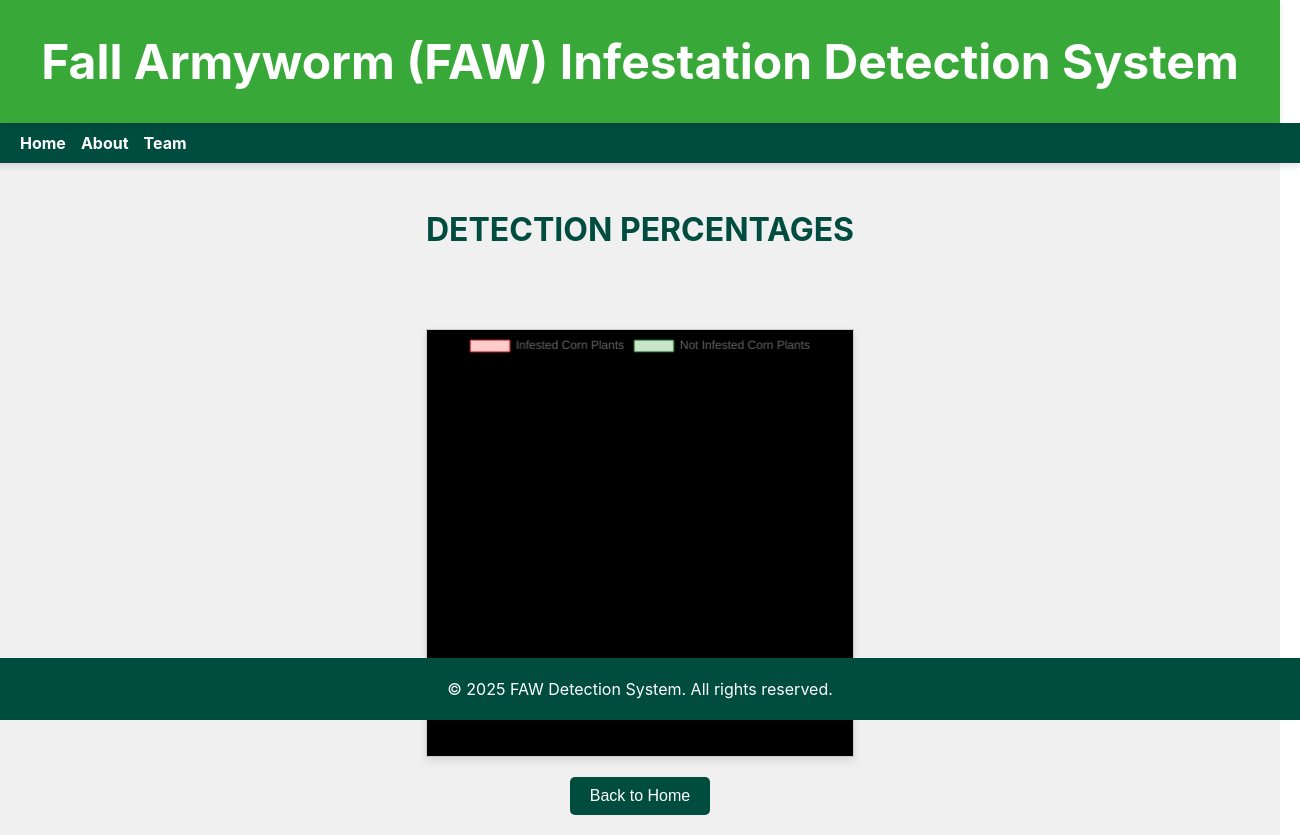
Repository: jansen223/faw-detection-main
Page: /percentages
These files come from the project's save history. The page is drawn as it stood at one moment and after the next save; the edit follows.
The browser window is 1280 px wide. The page is 1300 px wide, so the pictures cover 1300 px, including what lies to the right of the window. The pictures show the whole page.
The page's requests for data from a server got no answer. The project was rebuilt for these pictures with package versions that can differ from the ones it lists, and the page was loaded fresh each time. No one was signed in, and anything a server would have sent is missing. Also part of the build but not shown: src/pages/Home.js, src/pages/About.css, src/pages/About.js, src/pages/Team.css, src/pages/Team.js.

Above is the page before, as saved 2025-04-10 14:59:05.

### public/index.html
<!DOCTYPE html>
<html lang="en">
<head>
  <meta charset="utf-8" />
  <link rel="icon" href="%PUBLIC_URL%/maize_icon.jpg" />
  <meta name="viewport" content="width=device-width, initial-scale=1" />
  <meta name="theme-color" content="#000000" />
  <meta name="description" content="FAW Detection Web Interface" />
  <title>FAW Detection</title>
</head>
<body>
  <noscript>You need to enable JavaScript to run this app.</noscript>
  <div id="root"></div>
</body>
</html>

### src/App.js
import React, { useEffect, useRef } from 'react';
import { BrowserRouter as Router, Routes, Route, Link } from 'react-router-dom';
import { io } from 'socket.io-client';
import Home from './pages/Home';
import About from './pages/About';
import Team from './pages/Team';
import Percentages from './pages/Percentages';
import './App.css';

function App() {
  const canvasRef = useRef(null);
  const socketRef = useRef(null);
  const [counts, setCounts] = React.useState({ infested: 0, notInfested: 0 });

  useEffect(() => {
    socketRef.current = io('http://192.168.254.108:5000');

    let lastRenderTime = 0;
    socketRef.current.on('video_frame', (data) => {
      const now = Date.now();
      if (now - lastRenderTime < 100) return; // Skip frames if less than 100ms
      lastRenderTime = now;

      const img = new Image();
      img.src = `data:[embedded picture, 38 characters]

      img.onload = () => {
        const canvas = canvasRef.current;
        if (!canvas) return;
        const ctx = canvas.getContext('2d');
        canvas.width = img.width;
        canvas.height = img.height;
        ctx.drawImage(img, 0, 0);
      };
    });

    socketRef.current.on('detection_counts', (data) => {
      setCounts({
        infested: data.infested_count,
        notInfested: data.not_infested_count
      });
    });

    return () => {
      if (socketRef.current) socketRef.current.disconnect();
    };
  }, []);

  const resetCounts = async () => {
    try {
      const response = await fetch('http://192.168.254.108:5000/reset_counts', {
        method: 'POST',
      });
      const data = await response.json();
      if (data.message) {
        setCounts({ infested: 0, notInfested: 0 });
        alert(data.message);
      }
    } catch (error) {
      console.error('Error resetting counts:', error);
    }
  };

  return (
    <Router>
      <div className="App">
        <header className="App-header">
          <h1>Fall Armyworm (FAW) Infestation Detection System</h1>
        </header>
        <nav className="App-navbar">
          <ul>
            <li><Link to="/">Home</Link></li>
            <li><Link to="/about">About</Link></li>
            <li><Link to="/team">Team</Link></li>
          </ul>
        </nav>
        <Routes>
          <Route path="/" element={<Home canvasRef={canvasRef} counts={counts} resetCounts={resetCounts} />} />
          <Route path="/about" element={<About />} />
          <Route path="/team" element={<Team />} />
          <Route path="/percentages" element={<Percentages counts={counts} />} />
        </Routes>
        <footer className="App-footer">
          <p>&copy; 2025 FAW Detection System. All rights reserved.</p>
        </footer>
      </div>
    </Router>
  );
}

export default App;

### src/pages/Percentages.js
import React from 'react';
import { useNavigate } from 'react-router-dom';
import { Pie } from 'react-chartjs-2';
import { Chart as ChartJS, ArcElement, Tooltip, Legend } from 'chart.js';
import './Percentages.css';

// Register Chart.js components
ChartJS.register(ArcElement, Tooltip, Legend);

function Percentages({ counts }) {
  const navigate = useNavigate();

  const total = counts.infested + counts.notInfested;
  const infestedPercentage = total > 0 ? ((counts.infested / total) * 100).toFixed(2) : 0;
  const notInfestedPercentage = total > 0 ? ((counts.notInfested / total) * 100).toFixed(2) : 0;

  const handleBack = () => {
    navigate('/');
  };

  // Data for the pie chart
  const data = {
    labels: ['Infested Corn Plants', 'Not Infested Corn Plants'],
    datasets: [
      {
        data: [infestedPercentage, notInfestedPercentage],
        backgroundColor: ['#ffcccb', '#c8e6c9'], // Colors for the chart
        borderColor: ['#b71c1c', '#1b5e20'], // Border colors
        borderWidth: 1,
      },
    ],
  };

  return (
    <div className="percentages-container">
      <h2>DETECTION PERCENTAGES</h2>
      <div className="chart-container">
        <Pie data={data} />
      </div>
      <button onClick={handleBack} className="back-button">
        Back to Home
      </button>
    </div>
  );
}

export default Percentages;

### src/App.css
body {
  margin: 0;
  padding: 0;
}

.App {
  text-align: center;
  background-color: #f0f0f0;
  min-height: 100vh;
  display: flex;
  flex-direction: column;
  align-items: center;
}

.App-header {
  background-color: rgba(9, 151, 9, 0.795);
  color: white;
  text-align: center;
  font-size: 1.5rem;
  font-weight: bold;
  box-shadow: 0 4px 6px rgba(0, 0, 0, 0.1);
  position: sticky;
  top: 0;
  z-index: 1000;
  width: 100%;
  margin: 0;
  box-sizing: border-box;
}

.App-navbar {
  background-color: #004d40;
  color: white;
  padding: 10px 20px;
  position: sticky;
  display: flex;
  justify-content: space-between;
  align-items: center;
  box-shadow: 0 4px 6px rgba(0, 0, 0, 0.1);
  width: 100%;
}

.App-navbar ul {
  list-style: none;
  display: flex;
  gap: 15px;
  margin: 0;
  padding: 0;
  padding-left: 20px;
}

.App-navbar a {
  color: white;
  text-decoration: none;
  font-weight: bold;
}

.App-navbar a:hover {
  text-decoration: underline;
}

.App-footer {
  background-color: #004d40;
  color: white;
  padding: 5px 20px;
  text-align: center;
  position: fixed;
  bottom: 0;
  width: 100%;
}

### src/pages/Home.css
.layout-container {
  display: flex;
  justify-content: center;
  align-items: flex-start;
  gap: 100px;
  width: 100%;
  padding: 20px;
  box-sizing: border-box;
}

.detection-section {
  flex: 1;
  max-width: 600px;
  text-align: center;
  margin-top: 150px;
  margin-left: 60px;
  margin-right: 20px;
}

.detection-section h3 {
  font-size: 1.5rem;
  font-weight: bold;
  color: #004d40;
}

.detection-cards {
  display: flex;
  gap: 20px;
  margin-top: 10px;
}

.detection-cards .card {
  padding: 15px;
  border-radius: 8px;
  box-shadow: 0 4px 6px rgba(0, 0, 0, 0.1);
  text-align: center;
  flex: 1;
  transition: transform 0.3s ease;
}

.detection-cards .card:hover {
  transform: scale(1.05);
}

.detection-cards .card.infested {
  background-color: #ffcccb;
  color: #b71c1c;
}

.detection-cards .card.not-infested {
  background-color: #c8e6c9;
  color: #1b5e20;
}

.detection-cards .card h4 {
  font-size: 1.2rem;
}

.detection-cards .card p {
  font-size: 1.25rem;
  font-weight: bold;
}

.camera-section {
  flex: 2;
  display: flex;
  justify-content: center;
  max-width: 600px;
}

canvas {
  box-shadow: 0 4px 8px rgba(0, 0, 0, 0.1);
  background: black;
  margin-top: 80px;
  max-width: 100%;
  border: 1px solid #ccc;
}

.reset-button {
  margin-top: 60px;
  padding: 10px 20px;
  background-color: green;
  color: white;
  border: none;
  border-radius: 5px;
  cursor: pointer;
  font-size: 1rem;
  transition: background-color 0.3s ease;
}

.reset-button:hover {
  background-color: darkgreen;
}

.view-percentages-button {
  margin-top: 20px; /* Add spacing above the button */
  margin-left: 10px; /* Optional: Add spacing to the left */
  padding: 10px 20px;
  background-color: #004d40;
  color: white;
  border: none;
  border-radius: 5px;
  cursor: pointer;
  font-size: 1rem;
  transition: background-color 0.3s ease;
}

.view-percentages-button:hover {
  background-color: #00332e;
}

### src/pages/Percentages.css
.percentages-container {
  padding: 20px;
  text-align: center;
}

.percentages-container h2 {
  font-size: 2rem;
  color: #004d40;
  margin-bottom: 20px;
}

.percentages {
  display: flex;
  justify-content: center;
  gap: 20px;
}

.percentage {
  padding: 15px;
  border-radius: 8px;
  box-shadow: 0 4px 6px rgba(0, 0, 0, 0.1);
  text-align: center;
  width: 200px;
}

.percentage.infested {
  background-color: #ffcccb;
  color: #b71c1c;
}

.percentage.not-infested {
  background-color: #c8e6c9;
  color: #1b5e20;
}

.percentage h3 {
  font-size: 1.2rem;
}

.percentage p {
  font-size: 1.5rem;
  font-weight: bold;
}

.back-button {
  margin-top: 20px;
  padding: 10px 20px;
  background-color: #004d40;
  color: white;
  border: none;
  border-radius: 5px;
  cursor: pointer;
  font-size: 1rem;
  transition: background-color 0.3s ease;
}

.back-button:hover {
  background-color: #00332e;
}

Loaded but not shown: src/index.js (common file); src/index.css (common file); src/reportWebVitals.js (common file)

After the next save:
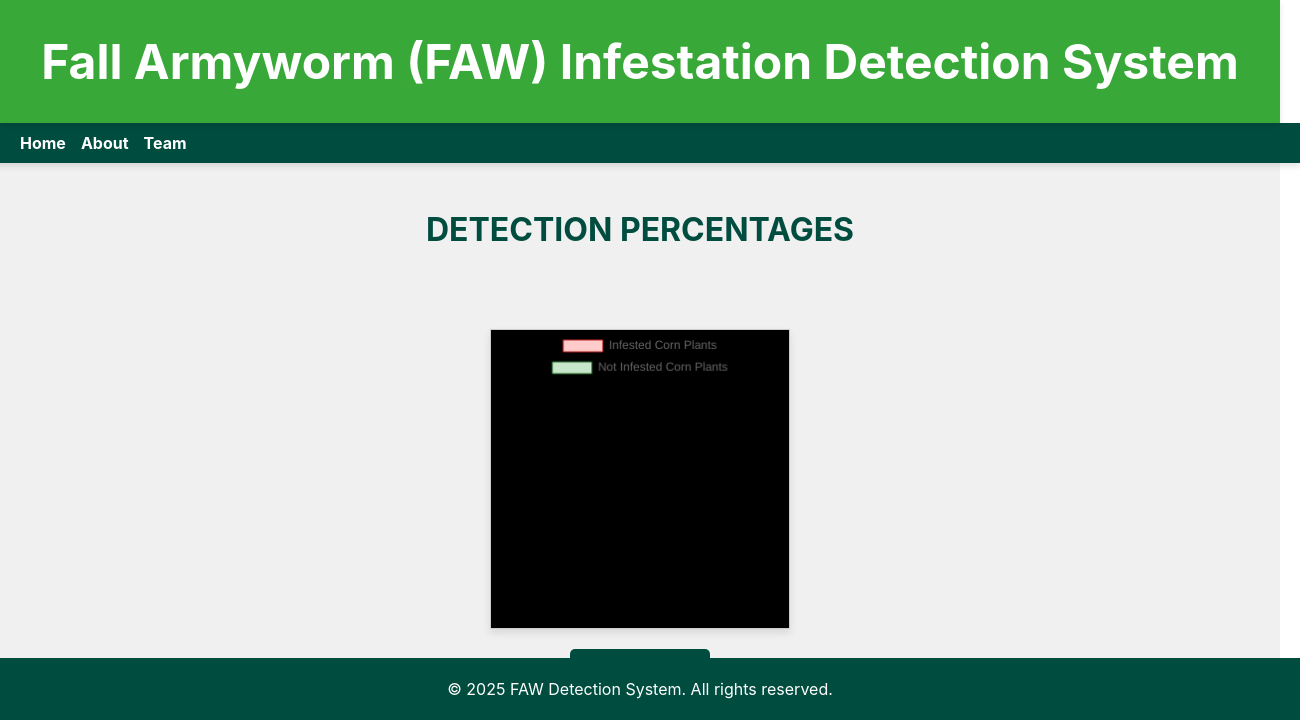
Saved 40 s later.
--- a/src/pages/Percentages.css
+++ b/src/pages/Percentages.css
@@ -42,6 +42,12 @@
   font-weight: bold;
 }
 
+.chart-container {
+  width: 300px;
+  height: 300px;
+  margin: 0 auto;
+}
+
 .back-button {
   margin-top: 20px;
   padding: 10px 20px;
